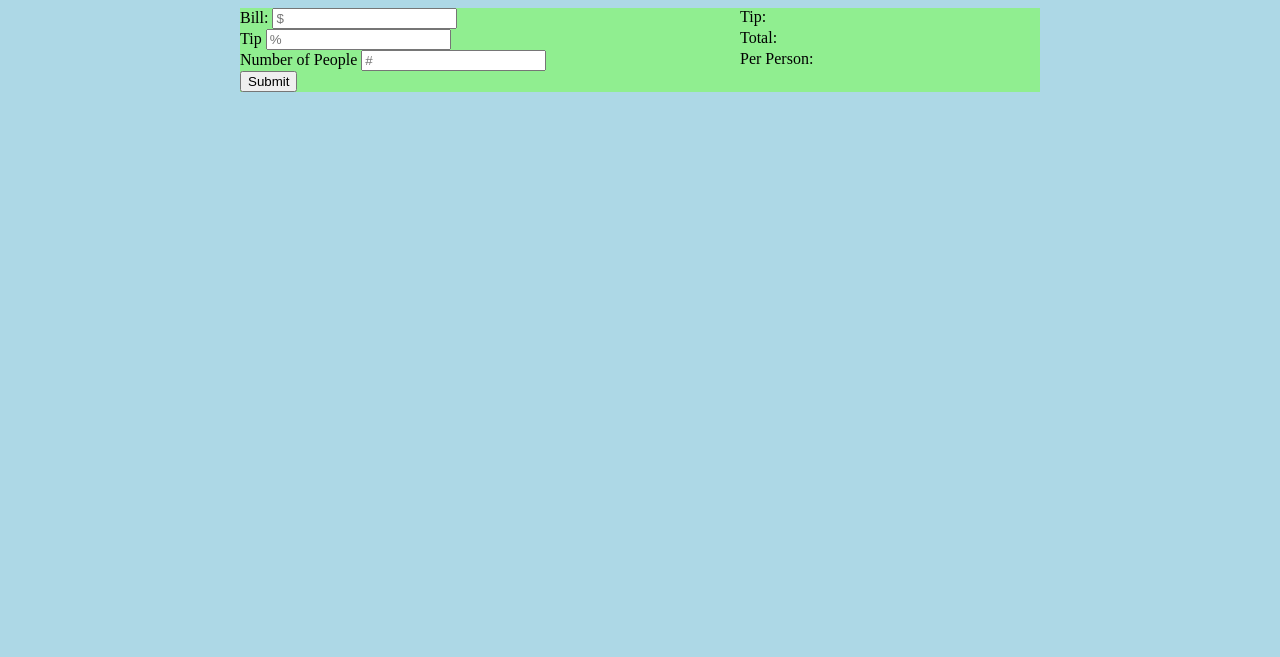
Repository: SamirIngley/Tip-Calculator
Page: tip_display.html
These files come from the project's save history. The page is drawn as it stood at one moment and after the next save; the edit follows.
The browser window is 1280 px wide. The pictures show the whole page.

Above is the page before, as saved 2020-02-13 10:10:51.

After the next save:
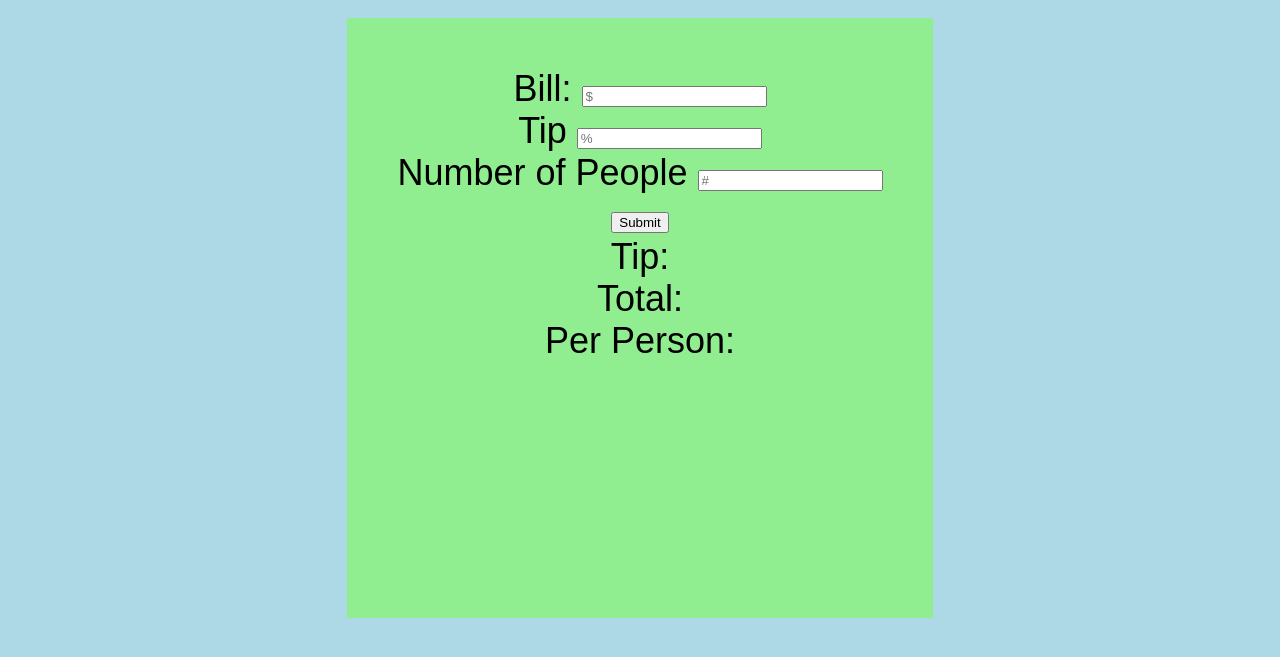
Saved 15 s later.
--- a/style.css
+++ b/style.css
@@ -20,7 +20,6 @@ body {
 }
 
 
-/*
 .form {
     display: block;
     font-family: Arial, Helvetica, sans-serif;
@@ -31,8 +30,7 @@ body {
     height: 500px;
     margin: 10px;
     padding: 50px;
-} */
-
+}
 
 .bill {
     grid-area: b;
